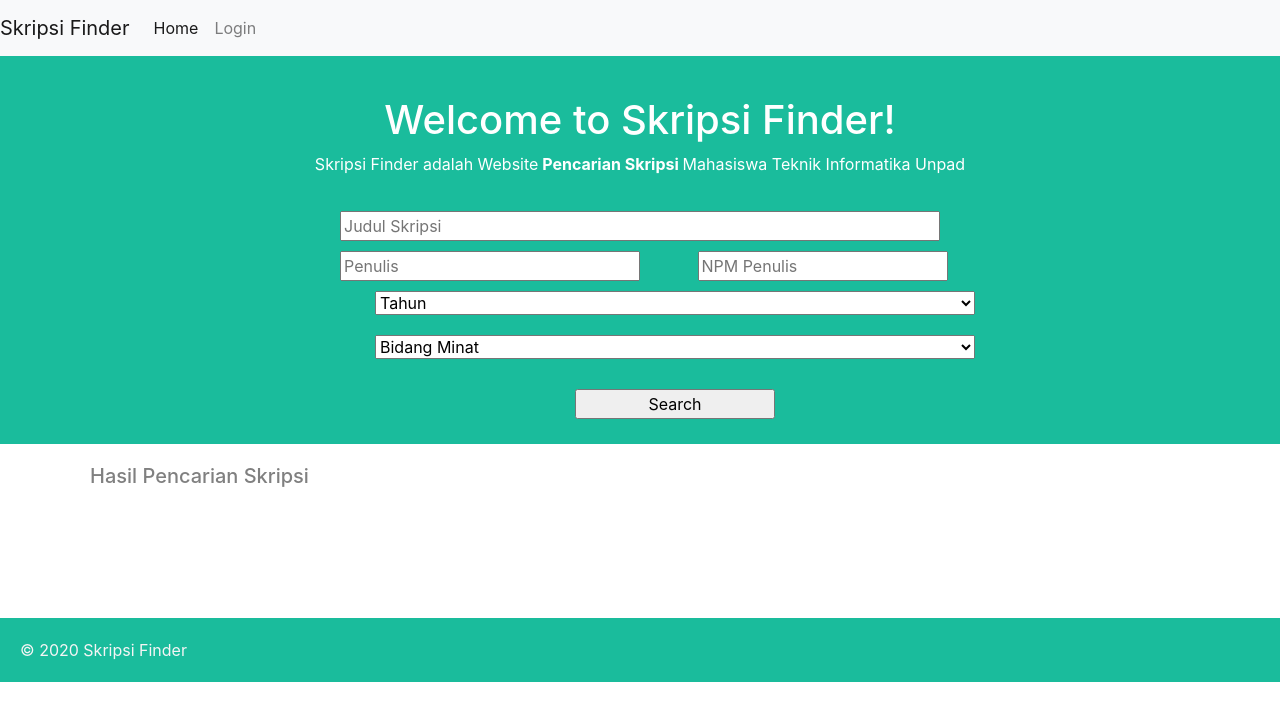
Repository: faalihnst/berita
Page: /
An editor plug-in stored every save of this project. The page is shown before and after the next save, followed by the edit.
The browser window is 1280 px wide. The pictures show the whole page.
The project was rebuilt for these pictures with package versions that can differ from the ones it lists, and the page was loaded fresh each time.

Above is the page before, as saved 2020-06-05 00:42:59.

### src/App.js
import React, {useState} from 'react';
import axios from 'axios';
import qs from 'qs';
import './assets/style.css';

import 'bootstrap/dist/css/bootstrap.min.css';
// import { MDBCol, MDBFormInline, MDBIcon } from "mdbreact";

import { BrowserRouter as Router, Route } from "react-router-dom";

import Homepage from "./pages/homepage";
// import Login from "./Pages/login";
// import Skripsi from "./Pages/skripsi";

function App() {

  return (
    <div className="App">
      <Router>
        <Route exact path="/" component={Homepage}></Route>
        {/* <Route exact path="/Login" component={Login}></Route>
        <Route exact path="/Skripsi" component={Skripsi}></Route> */}
      </Router>
    </div>
  );
}

export default App;

### src/assets/style.css

.WebContainer{
  width: 100%;
  height: auto;
}

.container1{
  overflow: hidden;
}

.header {
  padding: 40px;
  text-align: center;
  background: #1abc9c;
  color: white;
}

  /* Increase the font size of the heading */
.header h1 {
  font-size: 40px;
}

.judul{
  font-weight: bold;
}

.col-md-10{
  margin-left: 80px;
  margin-top: 10px;
  padding: 10px;
  border-bottom: 1.5pt solid #E4DFDA;
}

.col-md-5{
  padding: 5px;
  margin-top: 10px;
  margin-left: 1px;
}

.col-md-2{
  padding: 5px;
  margin-top: 10px;
  margin-left: 15px;
}

a#skripsi{
  font-weight: bold;;
  margin-left: 15px;
  font-size: 20pt;
}

.result{
  color: grey;
}

h5{
  padding: 20px;
  margin-left: 70px;
}

footer{
  background-color: #1abc9c;
  color: whitesmoke;
  padding: 20px;
  margin-top: 110px;
}

form{
  margin-top: 20px;
  transform: translateY(15px);
}

input#titleBar{
  width: 600px;
}

input#nameBar{
  width: 300px;
  margin-left: 255px;
  margin-right: 0px;
}

input#npmBar{
  width: 250px;
  margin-right: 220px;
}

.dropdown{
  margin-top: 10px;
  margin-inline-start: 550px;
  transform: translateY(-10px);
  width: 600px;
  margin-left: 350px;
}

.row{
  margin-top: 10px;
}

.button#search{
  margin-top: 10px;
  margin-left: 550px;
  width: 200px;
}

.grid-container{
  grid-template-columns: auto auto;
}

/* css login */
.container#login{
  height:480px;
  margin-top: 40px;
  margin-bottom: 50px;
  background-color:#1abc9c;
  justify-content: space-between;
  flex-direction: column;
  display: flex;
}

img{
  width: 577;
  height: 433;
  margin-top: 80px;
  margin-left: -200px;
}

.welcome{
  transform: rotate(-90deg);
  margin-left: -250px;
  color: white;
}

.btn-login{
  justify-content: flex-end;
  display: flex;
  margin-bottom: 25px;
  margin-top: 30px;
  font-size: 24px;
  background-color: blue;
  color: white;

}

.form-word{
  margin-left: 0px;
  margin-top: -90px;
  font-size: 25px;
  color: white;
}

.form-group{
  margin-top: 120px;
  width: 100px;
}

/* css skripsi */

.col-md-8#title{
  margin-top: 30px;
  padding: 15px;
}

.btn-holder {
  justify-content: flex-end;
  display: flex;
  margin-right: 50px;
  margin-bottom: 50px;
}

p#judul{
  font-weight: bold;;
  margin-left: 15px;
  font-size: 18pt;
  color: white;
}

article#abstrak{
  margin-top: 15px;
  padding: 3px;
  font-style: italic;
}

.imgSkripsi{
  width: 300px;
  height: 400px;
  margin-top: 35px;
  margin-left: 10px;
}

### src/pages/homepage.js
import React, { useState } from "react";
import { Link } from "react-router-dom";
import axios from "axios";
import qs from "qs";


export default function Homepage() {
  //aciganti
  const [value, setValue] = useState({
    news: [],
    title: "",
    date: "",
    link: "",
    category: "",
  });

  const getData = async () => {
    const BASE_URL = "http://localhost:3030/berita-app/query";

    const headers = {
      Accept: "application/sparql-results+json,*/*;q=0.9",
      "Content-Type": "application/x-www-form-urlencoded; charset=UTF-8",
    };

    const queryData = {
      query: `PREFIX news:<http://example.co.id/ns/newsdata>
            SELECT DISTINCT ?title ?date ?link ?category
            WHERE {
            ?news news:title ?title.
            ?news news:date ?date.
            ?news news:link ?link.
            ?news news:category ?category;
            FILTER contains(?category,"${value.title}")
    }`,
    };

    try {
      const { data } = await axios(BASE_URL, {
        method: "POST",
        headers,
        data: qs.stringify(queryData),
      });
      console.log(data);

      // Convert Data
      const formatted_data = data.results.bindings.map((news, index) =>
        formatter(news, index)
      );
      console.log(formatted_data);

      setValue({
        ...value,
        news: formatted_data,
      });
    } catch (err) {
      console.error(err);
    }
  };

  const formatter = (news, index) => {
    return {
      id: index,
      title: news.title.value,
      date: news.date.value,
      link: news.link.value,
      category: news.category.value,
    };
  };

  const handleChangeTitle = (event) => {
    setValue({
      ...value,
      title: event.target.value,
    });
  };

  const handleChangeNpm = (event) => {
    setValue({
      ...value,
      npm: event.target.value,
    });
  };

  const handleChangeName = (event) => {
    setValue({
      ...value,
      nama: event.target.value,
    });
  };

  const handleChangeYear = (event) => {
    setValue({
      ...value,
      tahun: event.target.value,
    });
  };

  const handleChangeMajor = (event) => {
    setValue({
      ...value,
      peminatan: event.target.value,
    });
  };

  const content = value.news.map((news) => (
    <div className="container">
      <div key={news.id}>
        <div className="col-md-10">
          <div className="title">
            <a href={`${news.link}`}>{news.title}</a>
          </div>
          <div class="row">
            <div class="col-md-2">{news.category}</div>
            <div class="col-md-2">{news.date}</div>
          </div>
        </div>
      </div>
    </div>
  ));
  // Layout
  return (

    <body>
      {/* Navbar */}
      <nav className="navbar navbar-expand-lg navbar-nav navbar-light bg-light">
        <a className="navbar-brand" href="#">
          Skripsi Finder
        </a>
        <button
          className="navbar-toggler"
          type="button"
          data-toggle="collapse"
          data-target="#navbarSupportedContent"
          aria-controls="navbarSupportedContent"
          aria-expanded="false"
          aria-label="Toggle navigation"
        >
          <span className="navbar-toggler-icon"></span>
        </button>

        <div className="collapse navbar-collapse" id="navbarSupportedContent">
          <ul className="navbar-nav mr-auto">
            <li className="nav-item active">
              <a className="nav-link" href="/">
                Home
              </a>
            </li>
            <li className="nav-item">
              <a className="nav-link" href="Login">
                Login
              </a>
            </li>
          </ul>
        </div>
      </nav>

      <div className="header">
        <h1>
            Welcome to Skripsi Finder!
        </h1>
        <p id="desc">Skripsi Finder adalah Website<b> Pencarian Skripsi </b>Mahasiswa Teknik Informatika Unpad</p>

      {/* Search Form  */}
      <form>
          <div className="container">
            <div className="row">
              <div className="col">
                <input
                  setValue={value.title}
                  placeholder="Judul Skripsi"
                  type="text"
                  id="titleBar"
                  onChange={handleChangeTitle}
                />
              </div>
            </div>
            <div className="grid-container">
              <div className="row">
                <div className="col">
                  <input
                    setValue={value.nama}
                    placeholder="Penulis"
                    type="text"
                    id="nameBar"
                    onChange={handleChangeName}
                  />
                </div>
                <div className="col" id="studID">
                  <input
                    setValue={value.npm}
                    placeholder="NPM Penulis"
                    type="text"
                    id="npmBar"
                    onChange={handleChangeNpm}
                  />
                </div>
              </div>
            </div>
          </div>

      {/* Filter Tahun */}
      <div className="row">
            <select setValue={value.tahun} className="dropdown" id="tahun" onChange={handleChangeYear}>
              <option value="">Tahun</option>
              <option value="2016">2016</option>
              <option value="2017">2017</option>
              <option value="2018">2018</option>
            </select>
          </div>

      {/* Filter Peminatan */}
      <div className="row">
            <select setValue={value.peminatan} className="dropdown" id="peminatan" onChange={handleChangeMajor}>
              <option value="">Bidang Minat</option>
              <option value="Sistem Informasi">Sistem Informasi</option>
              <option value="Jaringan Komputer">Jaringan Komputer</option>
              <option value="Artificial Intelligence">Artificial Intelligence</option>
            </select>
          </div>
          <div className="row">
            <input
                type="button"
                className="button"
                id="search"
                value="Search"
                onClick={getData}
            />
          </div>
        </form>
      </div>

      {/* Hasil Pencarian */}
      <div class="result">
        <h5>Hasil Pencarian Skripsi</h5>
        <div>{content}</div>
      </div>

      {/* Footer */}
      <footer>
        <div className="footer-copyright">&copy; 2020 Skripsi Finder</div>
      </footer>
    </body>
  );
}

Loaded but not shown: public/index.html (common file); src/index.js (common file); src/index.css (common file); src/serviceWorker.js (common file)

After the next save:
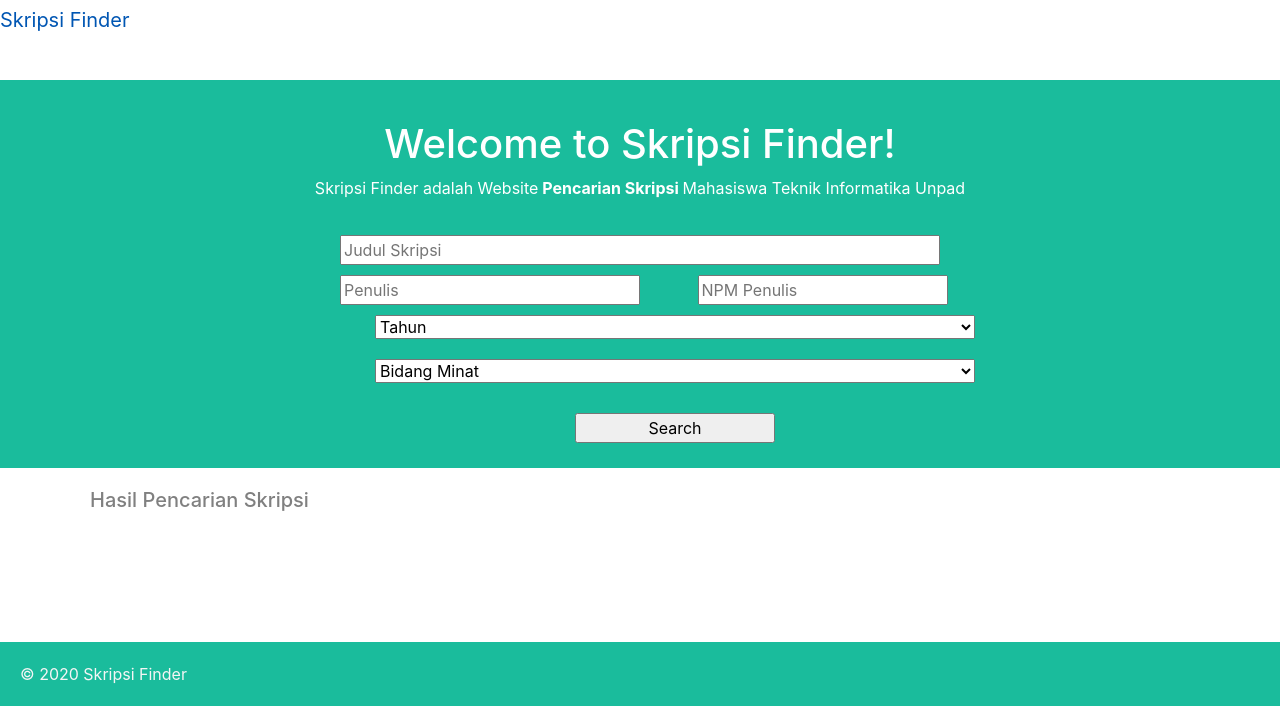
Saved 52 s later.
--- a/src/pages/homepage.js
+++ b/src/pages/homepage.js
@@ -122,7 +122,7 @@
 
     <body>
       {/* Navbar */}
-      <nav className="navbar navbar-expand-lg navbar-nav navbar-light bg-light">
+      <nav className="navbar-nav nav nav-menu">
         <a className="navbar-brand" href="#">
           Skripsi Finder
         </a>

After the save that followed:
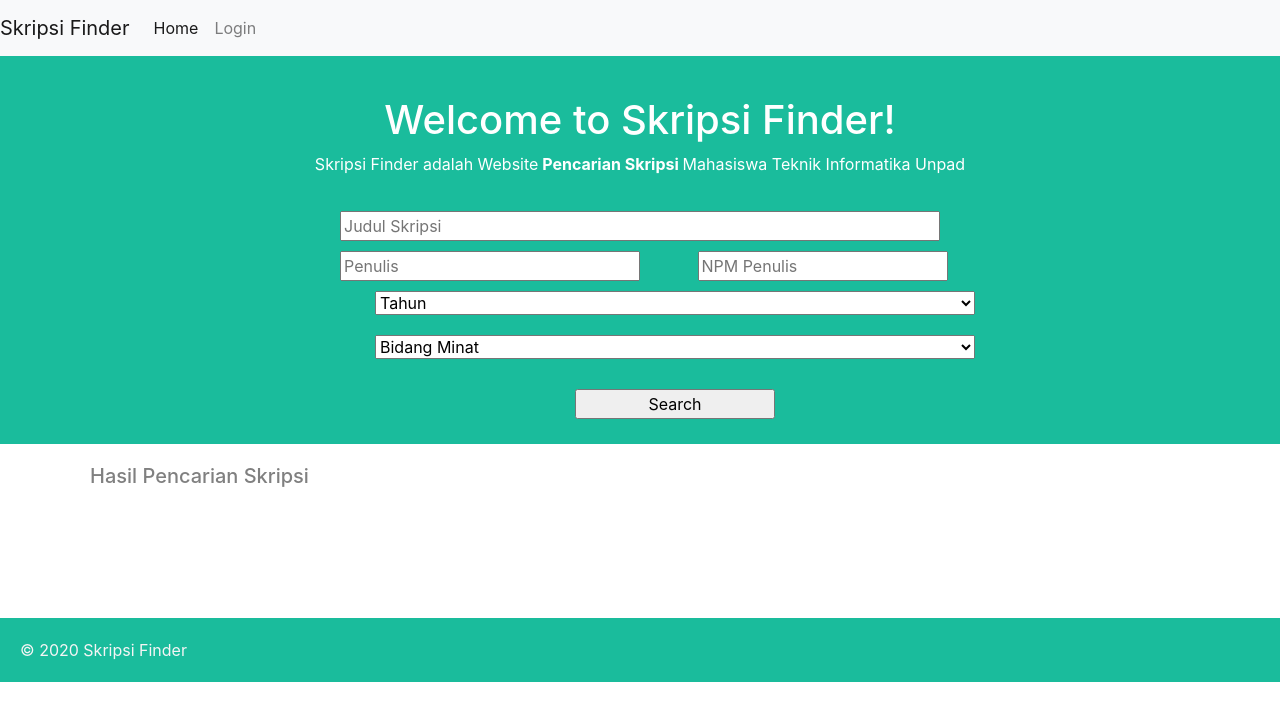
Saved 17 s later.
--- a/src/pages/homepage.js
+++ b/src/pages/homepage.js
@@ -122,7 +122,7 @@
 
     <body>
       {/* Navbar */}
-      <nav className="navbar-nav nav nav-menu">
+      <nav className="navbar nav navbar-expand-lg navbar-nav navbar-light bg-light">
         <a className="navbar-brand" href="#">
           Skripsi Finder
         </a>
